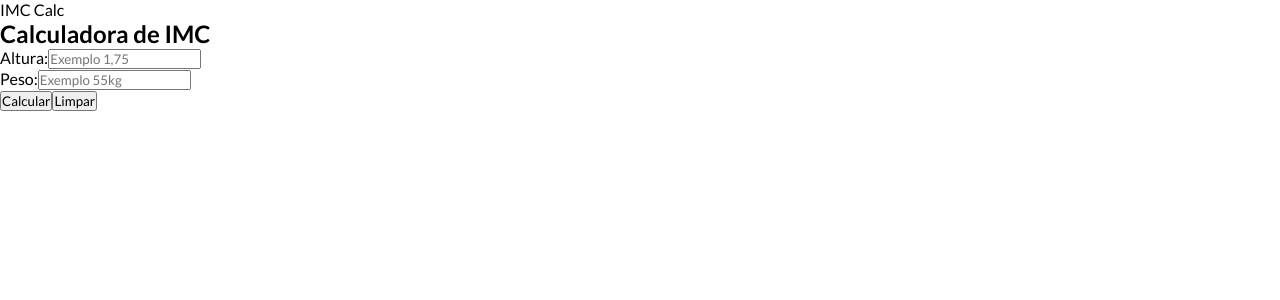
Repository: Bitroia/imc-calc-react
Page: / (app in imc/imc-calc/)
The author's editor kept a copy of each file at every save. The page is drawn from the files as they stood at one save, then again after a run of saves.
The browser window is 1280 px wide. The pictures show the whole page.
The project was rebuilt for these pictures with package versions that can differ from the ones it lists, and the page was loaded fresh each time. Also part of the build but not shown: imc/imc-calc/vite.config.js.

Above is the page before, as saved 2026-05-26 18:24:31.

### imc/imc-calc/index.html
<!doctype html>
<html lang="en">
  <head>
    <meta charset="UTF-8" />
    <link rel="icon" type="image/svg+xml" href="/favicon.svg" />
    <meta name="viewport" content="width=device-width, initial-scale=1.0" />
    <link rel="preconnect" href="https://fonts.googleapis.com" />
    <link rel="preconnect" href="https://fonts.gstatic.com" crossorigin />
    <link
      href="https://fonts.googleapis.com/css2?family=Lato:ital,wght@0,100;0,300;0,400;0,700;0,900;1,100;1,300;1,400;1,700;1,900&family=Montserrat:ital,wght@0,100..900;1,100..900&family=Roboto:ital,wght@0,100..900;1,100..900&display=swap"
      rel="stylesheet"
    />
    <title>imc-calc</title>
  </head>
  <body>
    <div id="root"></div>
    <script type="module" src="/src/main.jsx"></script>
  </body>
</html>

### imc/imc-calc/src/index.css
*{
  margin: 0;
  padding: 0;
  box-sizing: border-box;
  font-family: "Lato", sans-serif
}

body{
  background-color: #;
}

### imc/imc-calc/src/App.jsx
import { useState } from "react";
import ImcCalc from "./components/ImcCalc";

function App() {
  return (
    <div className="container">
      <p>IMC Calc</p>
      <ImcCalc/>
    </div>
  );
}

export default App;

### imc/imc-calc/src/components/ImcCalc.jsx
import React from "react";

const ImcCalc = () => {
  return (
    <div id="calc-container">
      <h2>Calculadora de IMC</h2>
      <form id="imc-form">
        <div className="form-inputs">
          <div className="form-control">
            <label htmlFor="height">Altura:</label>
            <input
              type="text"
              name="height"
              id="height"
              placeholder="Exemplo 1,75"
            />
          </div>
          <div className="form-control">
            <label htmlFor="weight">Peso:</label>
            <input
              type="text"
              name="weight"
              id="weight"
              placeholder="Exemplo 55kg"
            />
          </div>
        </div>
        <div className="action-control">
            <button>Calcular</button>
            <button>Limpar</button>
        </div>
      </form>
    </div>
  );
};

export default ImcCalc;

Loaded but not shown: imc/imc-calc/src/main.jsx (common file)

After the next 3 saves:
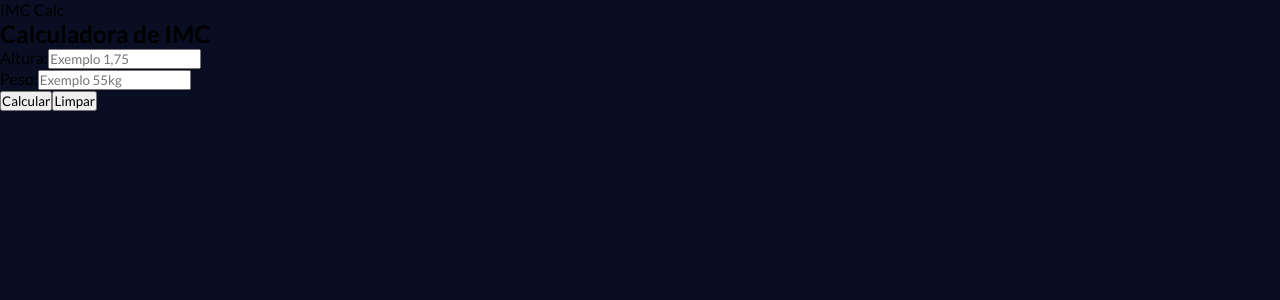
The 3 saves are shown as one change because they came seconds apart.
The last was saved 9 s later.
--- a/imc/imc-calc/src/index.css
+++ b/imc/imc-calc/src/index.css
@@ -6,5 +6,6 @@
 }
 
 body{
-  background-color: #;
+  background-color: #090e22;
+  disp
 }
